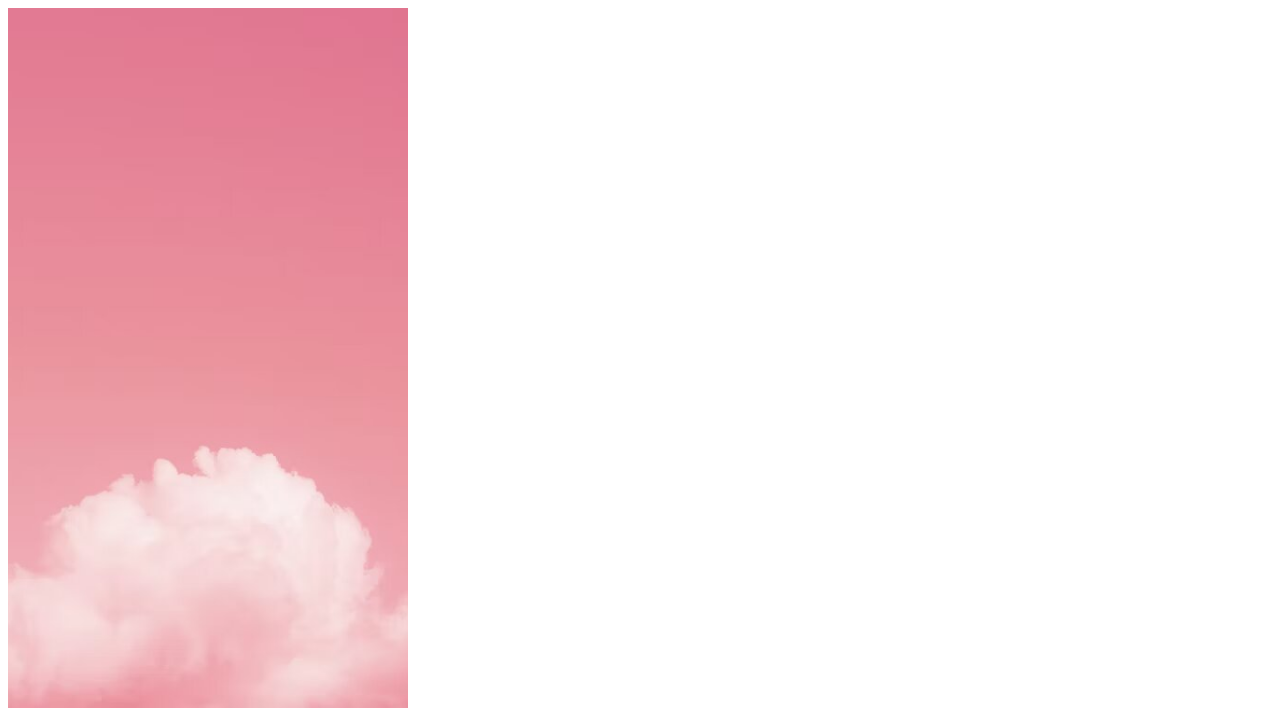
Repository: asya-aisa/grocery-list
Page: /
The author's editor kept a copy of each file at every save. The page is drawn from the files as they stood at one save, then again after a run of saves.
The browser window is 1280 px wide. The pictures show the whole page.
The project was rebuilt for these pictures with package versions that can differ from the ones it lists, and the page was loaded fresh each time.

Above is the page before, as saved 2023-07-14 14:40:19.

After the next 2 saves:
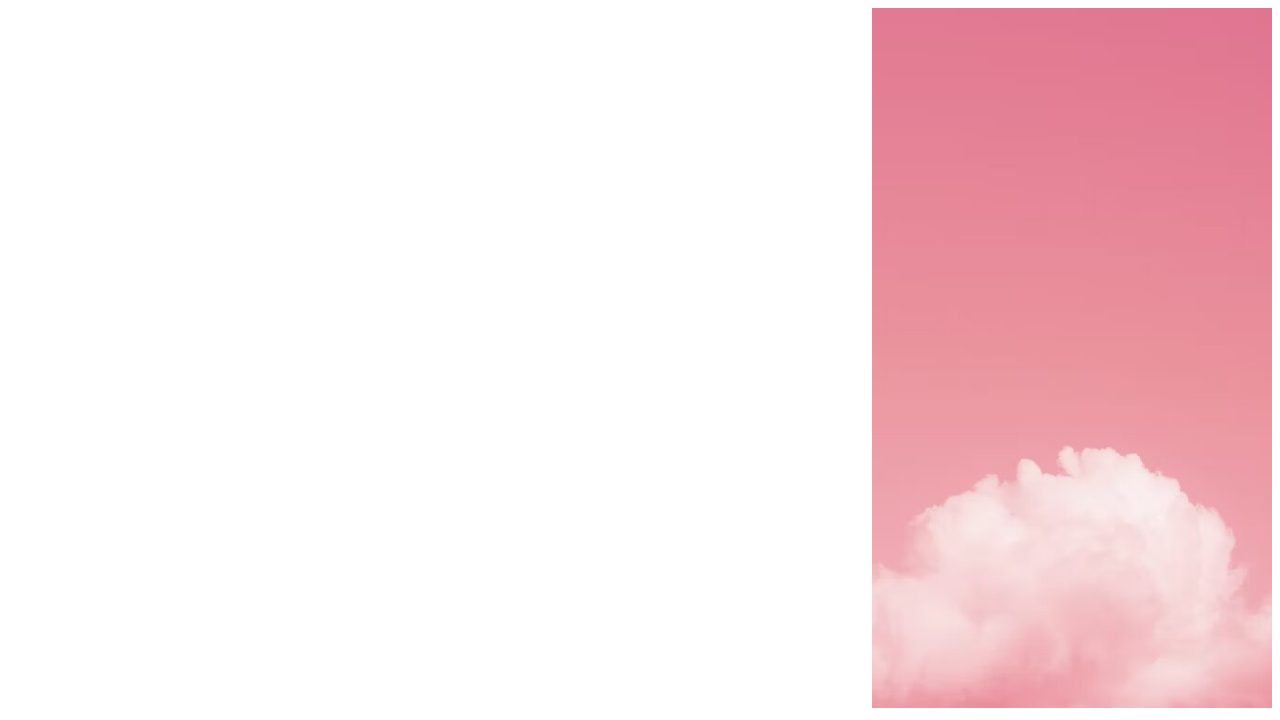
The 2 saves are shown as one change because they came seconds apart.
The last was saved 5 s later.
--- a/src/App.css
+++ b/src/App.css
@@ -5,5 +5,5 @@
   background-repeat: no-repeat;
   width: 400px;
   height: 700px;
-  margin-right: auto;
+  margin-left: auto;
 }

After the save that followed:
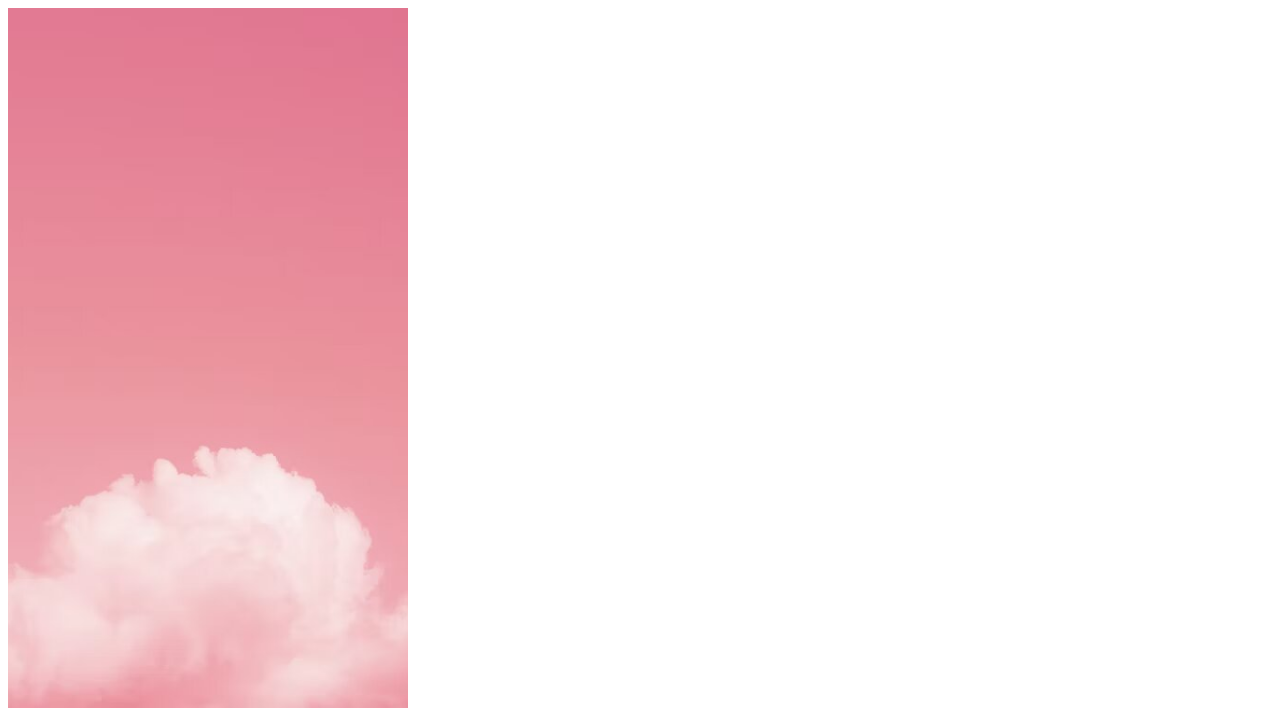
Saved 9 s later.
--- a/src/App.css
+++ b/src/App.css
@@ -5,5 +5,5 @@
   background-repeat: no-repeat;
   width: 400px;
   height: 700px;
-  margin-left: auto;
+  margin-lef: auto;
 }
